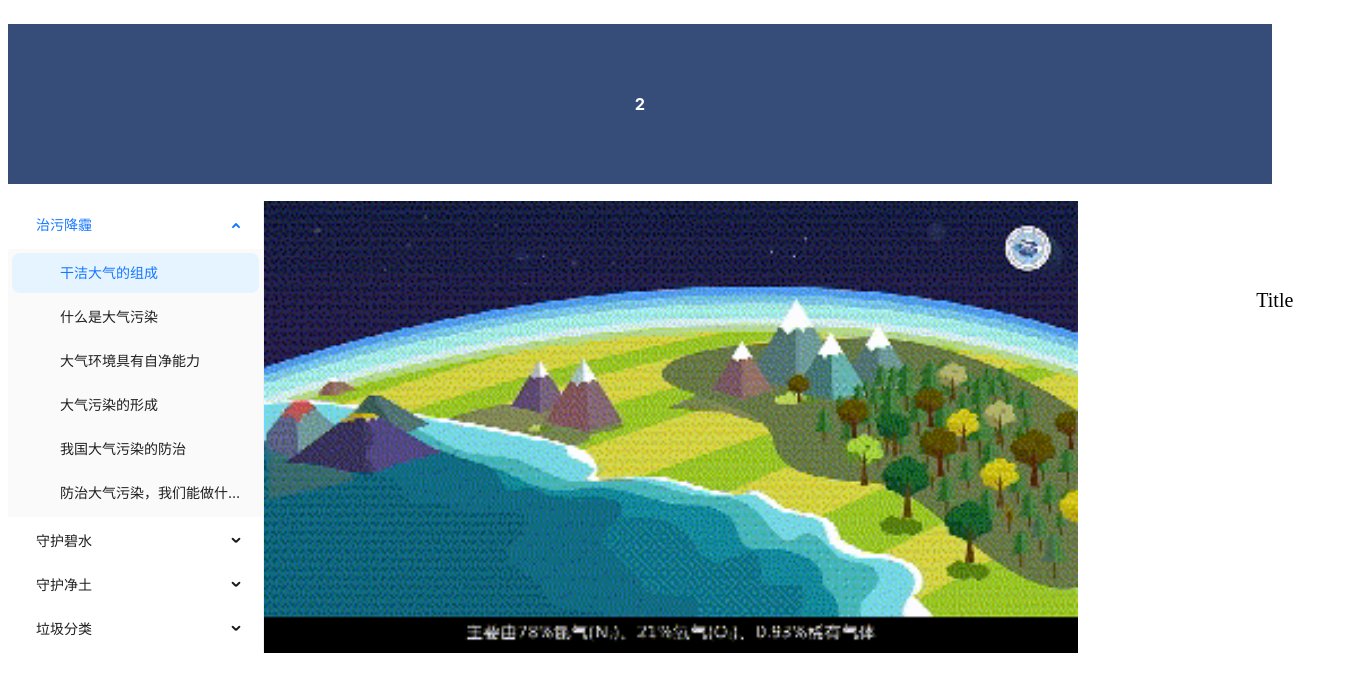
Repository: samllbin/summerWeb
Page: /
These files come from the project's save history. The page is drawn as it stood at one moment and after the next save; the edit follows.
The browser window is 1280 px wide. The page is 1372 px wide, then 1280 px, so the pictures cover 1372 px, including what lies to the right of the window. The pictures show the whole page.
The project was rebuilt for these pictures with package versions that can differ from the ones it lists, and the page was loaded fresh each time. Also part of the build but not shown: vite.config.js, components/menu/config.js, components/content/index.module.css, components/content/index.jsx.

Above is the page before, as saved 2024-07-22 15:37:04.

After the next save:
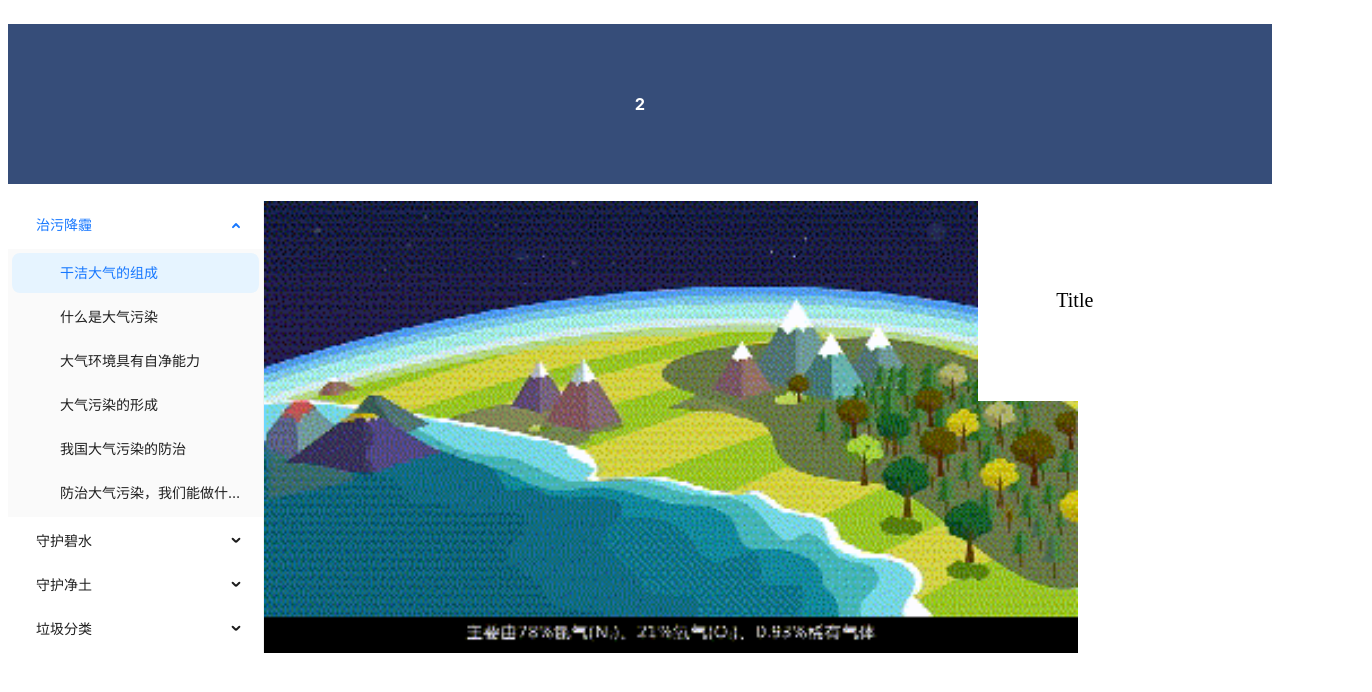
Saved 7 s later.
--- a/components/article/index.module.css
+++ b/components/article/index.module.css
@@ -15,7 +15,7 @@
   align-items: center;
   justify-content: center;
   position: relative;
-  left: 100px;
+  left: -100px;
   background-color: #fff;
   width: 300px;
   height: 200px;
